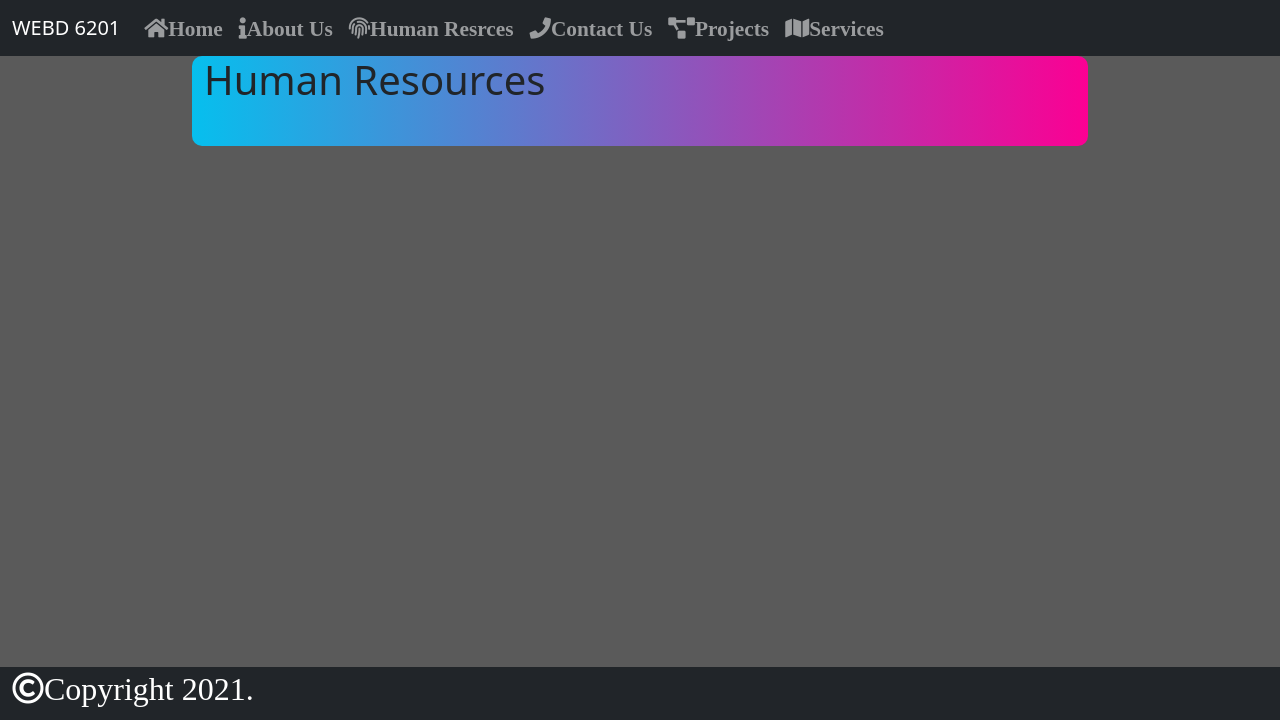
Repository: vans12345678/WEBD6201-W2021-Lab1
Page: human-resources.html
These files come from the project's save history. The page is drawn as it stood at one moment and after the next save; the edit follows.
The browser window is 1280 px wide. The pictures show the whole page.

Above is the page before, as saved 2021-02-02 19:49:49.

After the next save:
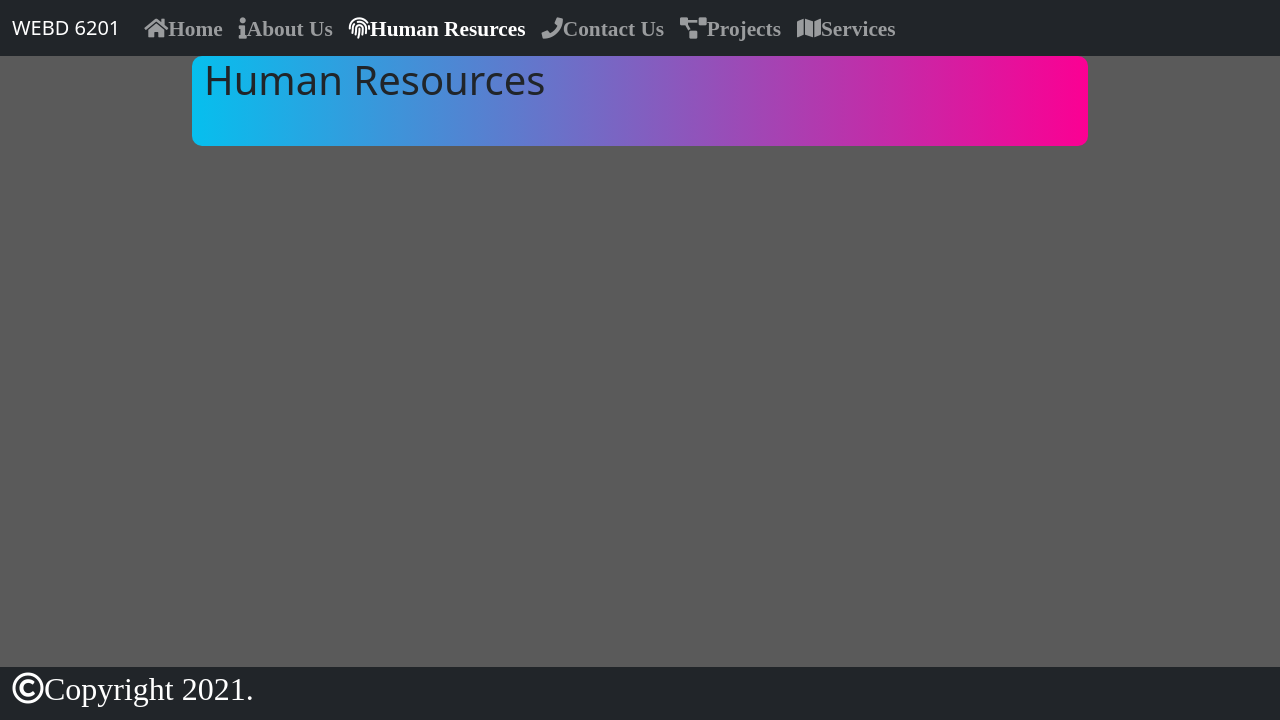
Console error: ReferenceError: navTextElement is not defined
Saved 39 s later.
--- a/Scripts/app.js
+++ b/Scripts/app.js
@@ -17,14 +17,8 @@
         let navTextElement = document.getElementById("navHome").textContent = "WEBD 6201";
         navTextElement = document.getElementById("navIndex").textContent = "Home";
         navTextElement = document.getElementById("navAbout").textContent = "About Us";
-        if(document.title = "Human Resources")
-        {
-            navTextElement = document.getElementById("navHumanResources").innerHTML = `
-            <a  class="nav-link fas fa-fingerprint fa-lg active" aria-current="page" href="human-resources.html">Human Resurces</a>
-            `;
-        }
         navTextElement = document.getElementById("navHumanResources").innerHTML = `
-            <a  class="nav-link fas fa-fingerprint fa-lg" aria-current="page" href="human-resources.html">Human Resrces</a>
+            <a  class="nav-link fas fa-fingerprint fa-lg" aria-current="page" href="human-resources.html">Human Resources</a>
             `;
         navTextElement = document.getElementById("navContact").textContent = "Contact Us";
         navTextElement = document.getElementById("navProjects").textContent = "Projects";
@@ -185,6 +179,9 @@
     function displayHumanResources()
     {
         DisplayNav();
+        navTextElement = document.getElementById("navHumanResources").innerHTML = `
+            <a  class="nav-link fas fa-fingerprint fa-lg active" aria-current="page" href="human-resources.html">Human Resurces</a>
+            `;
         console.log("Dsasad");
     }
 

After the 2 saves that followed:
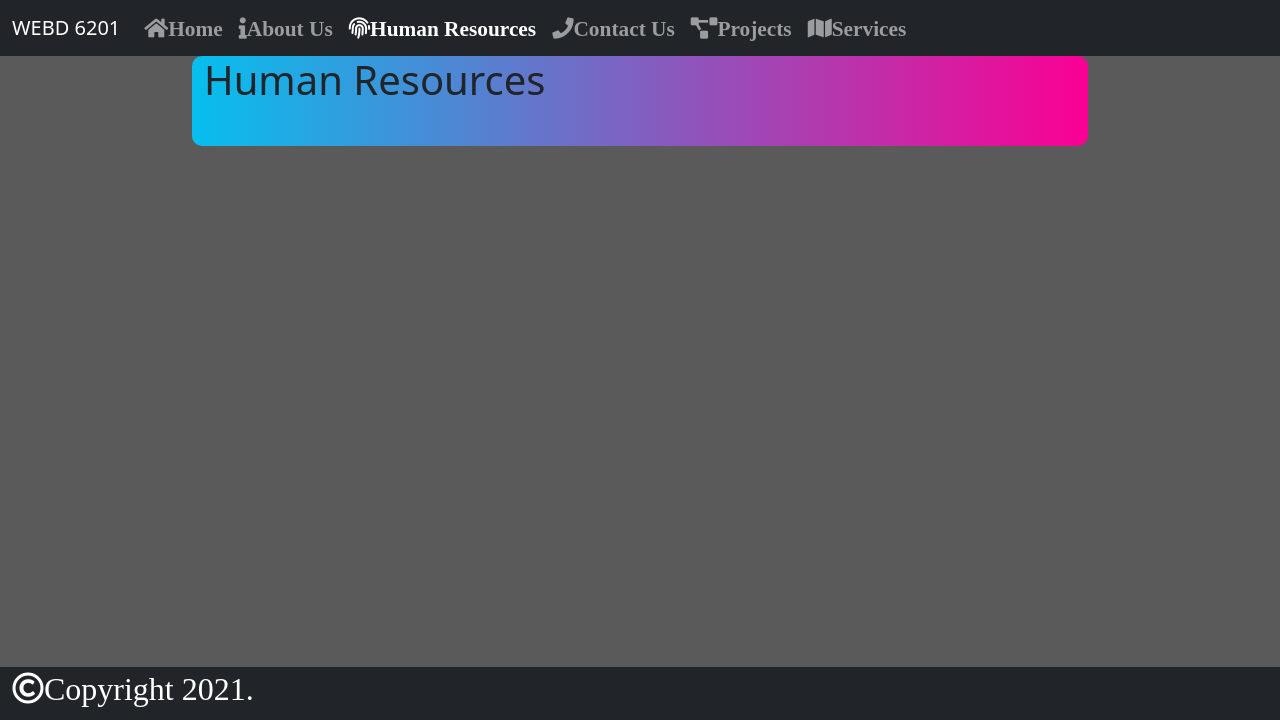
The error is gone.
The 2 saves are shown as one change because 1 left the picture as it was.
The last was saved 2 min 2 s later.
--- a/Scripts/app.js
+++ b/Scripts/app.js
@@ -179,10 +179,9 @@
     function displayHumanResources()
     {
         DisplayNav();
-        navTextElement = document.getElementById("navHumanResources").innerHTML = `
-            <a  class="nav-link fas fa-fingerprint fa-lg active" aria-current="page" href="human-resources.html">Human Resurces</a>
+        let navTextElement = document.getElementById("navHumanResources").innerHTML = `
+            <a  class="nav-link fas fa-fingerprint fa-lg active" aria-current="page" href="human-resources.html">Human Resources</a>
             `;
-        console.log("Dsasad");
     }
 
     function Start()
